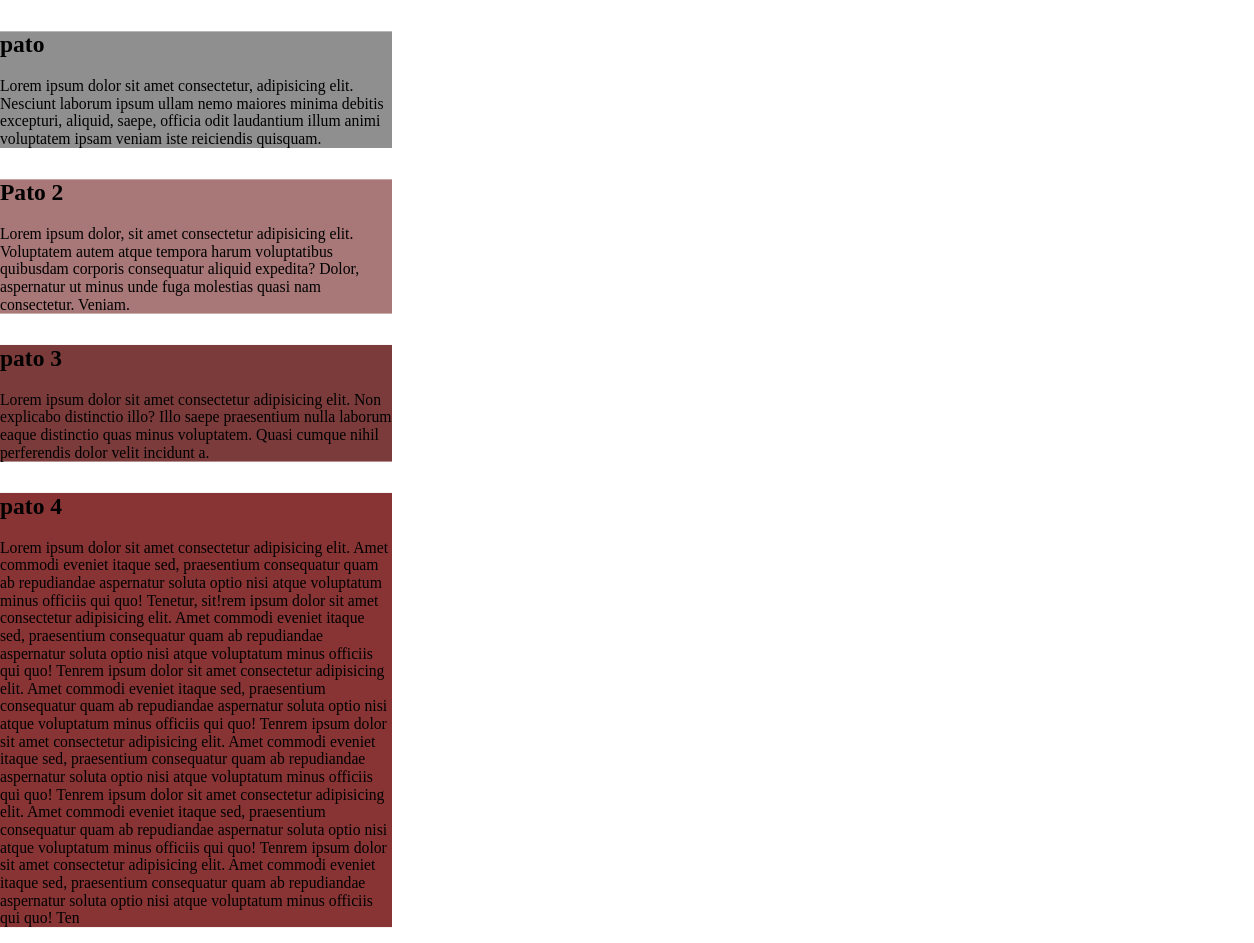
Repository: viviij/Fun-es-Simples-JavaScript
Page: index.html
The author's editor kept a copy of each file at every save. The page is drawn from the files as they stood at one save, then again after the next save.
The browser window is 1280 px wide. The pictures show the whole page, at 98% of full size.

Above is the page before, as saved 2022-08-25 20:50:16.

### index.html
<!DOCTYPE html>
<html lang="ptBR">
  <head>
    <meta charset="UTF-8">
    <meta http-equiv="X-UA-Compatible" content="IE=edge">
    <meta name="viewport" content="width=device-width, initial-scale=1.0">
    <link rel="stylesheet" href="styles.css">
    <title>Prova C3C</title>
  </head>
  <body>
    <div class="container">
      <section class="questao_1">
        <h1>pato</h1>
        <p>Lorem ipsum dolor sit amet consectetur, adipisicing elit. Nesciunt laborum ipsum ullam nemo maiores minima debitis excepturi, aliquid, saepe, officia odit laudantium illum animi voluptatem ipsam veniam iste reiciendis quisquam.</p>
      </section>

      <section class="questao_2">
        <h1>Pato 2</h1>
        <p>Lorem ipsum dolor, sit amet consectetur adipisicing elit. Voluptatem autem atque tempora harum voluptatibus quibusdam corporis consequatur aliquid expedita? Dolor, aspernatur ut minus unde fuga molestias quasi nam consectetur. Veniam.</p>
      </section>

      <section class="questao_3">
        <h1>pato 3</h1>
        <p>Lorem ipsum dolor sit amet consectetur adipisicing elit. Non explicabo distinctio illo? Illo saepe praesentium nulla laborum eaque distinctio quas minus voluptatem. Quasi cumque nihil perferendis dolor velit incidunt a.</p>
      </section>

      <section class="questao_4">
        <h1>pato 4</h1>
        <p>Lorem ipsum dolor sit amet consectetur adipisicing elit. Amet commodi eveniet itaque sed, praesentium consequatur quam ab repudiandae aspernatur soluta optio nisi atque voluptatum minus officiis qui quo! Tenetur, sit!rem ipsum dolor sit amet consectetur adipisicing elit. Amet commodi eveniet itaque sed, praesentium consequatur quam ab repudiandae aspernatur soluta optio nisi atque voluptatum minus officiis qui quo! Tenrem ipsum dolor sit amet consectetur adipisicing elit. Amet commodi eveniet itaque sed, praesentium consequatur quam ab repudiandae aspernatur soluta optio nisi atque voluptatum minus officiis qui quo! Tenrem ipsum dolor sit amet consectetur adipisicing elit. Amet commodi eveniet itaque sed, praesentium consequatur quam ab repudiandae aspernatur soluta optio nisi atque voluptatum minus officiis qui quo! Tenrem ipsum dolor sit amet consectetur adipisicing elit. Amet commodi eveniet itaque sed, praesentium consequatur quam ab repudiandae aspernatur soluta optio nisi atque voluptatum minus officiis qui quo! Tenrem ipsum dolor sit amet consectetur adipisicing elit. Amet commodi eveniet itaque sed, praesentium consequatur quam ab repudiandae aspernatur soluta optio nisi atque voluptatum minus officiis qui quo! Ten</p>
      </section>
    </div>
    <script src="Prova_Segunda_Etapa_C3C.js"></script>
  </body>
</html>

### styles.css
body {
  margin: 0;
  padding: 0;
  box-sizing: border-box;
}

.container section {
  max-height: auto;
  max-width: 400px;
}

section {
  margin-top: 2rem;
}

.container .questao_1 {
  background: #8f8f8f;
}

.container .questao_2 {
  background: #a87777
}

.container .questao_3 {
  background: #7c3b3b
}

.container .questao_4 {
  background: #893434
}

Loaded but not shown: Prova_Segunda_Etapa_C3C.js (no stored copy; drawn as an empty file)

After the next save:
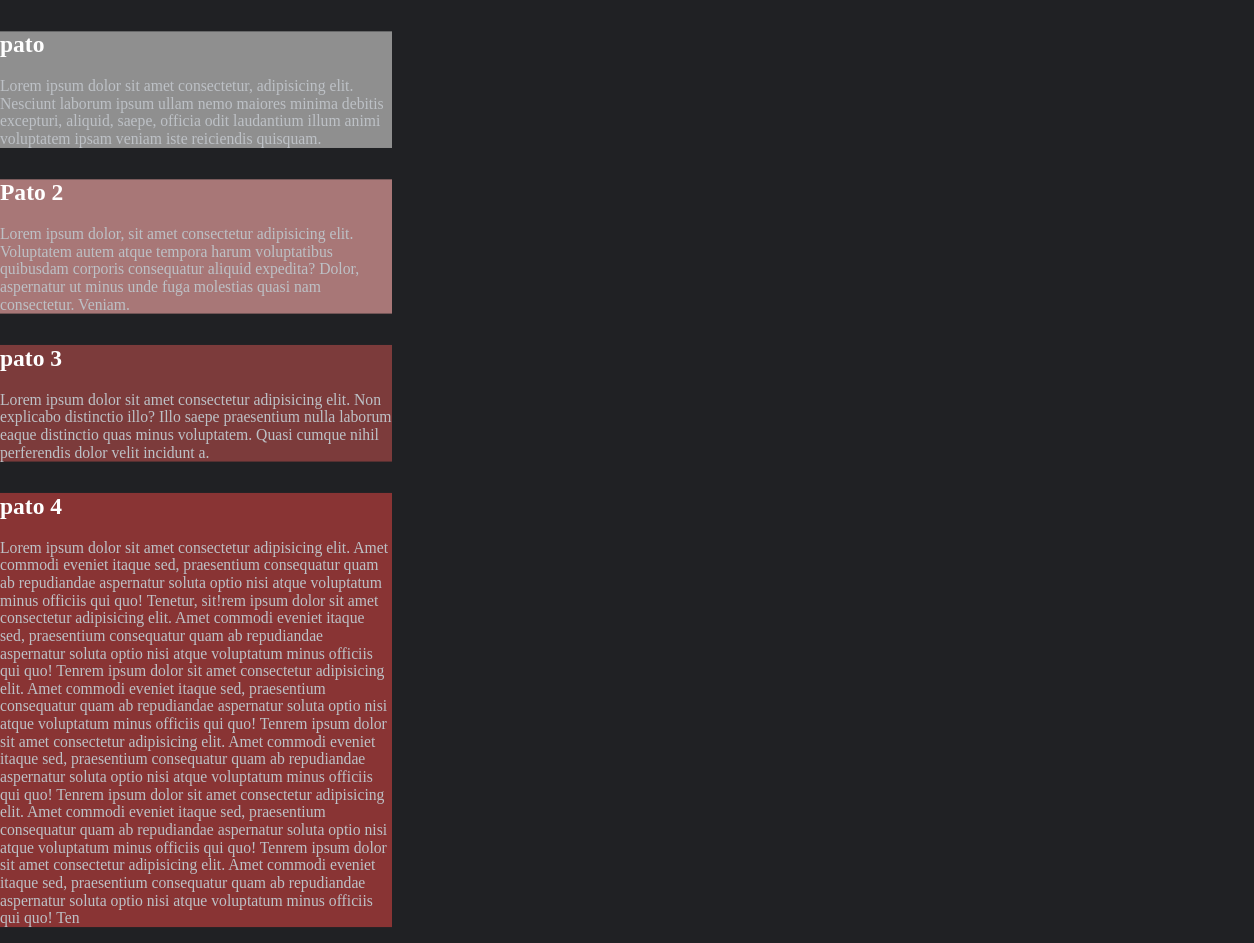
Saved 16 min 42 s later.
--- a/styles.css
+++ b/styles.css
@@ -2,6 +2,23 @@
   margin: 0;
   padding: 0;
   box-sizing: border-box;
+  background: var(--background-color);
+}
+
+a {
+  text-decoration: none;
+}
+
+ul {
+  list-style: none;
+}
+
+:root {
+  /*CORES GLOBAIS*/
+  --text-color: #bdc1c6;
+  --background-color: #202124;
+  --title-color: #ffffff;
+
 }
 
 .container section {
@@ -10,7 +27,16 @@
 }
 
 section {
+  color: var(--text-color);
   margin-top: 2rem;
+}
+
+section h1,
+h2,
+h3,
+h4,
+h5 {
+  color: var(--title-color);
 }
 
 .container .questao_1 {
